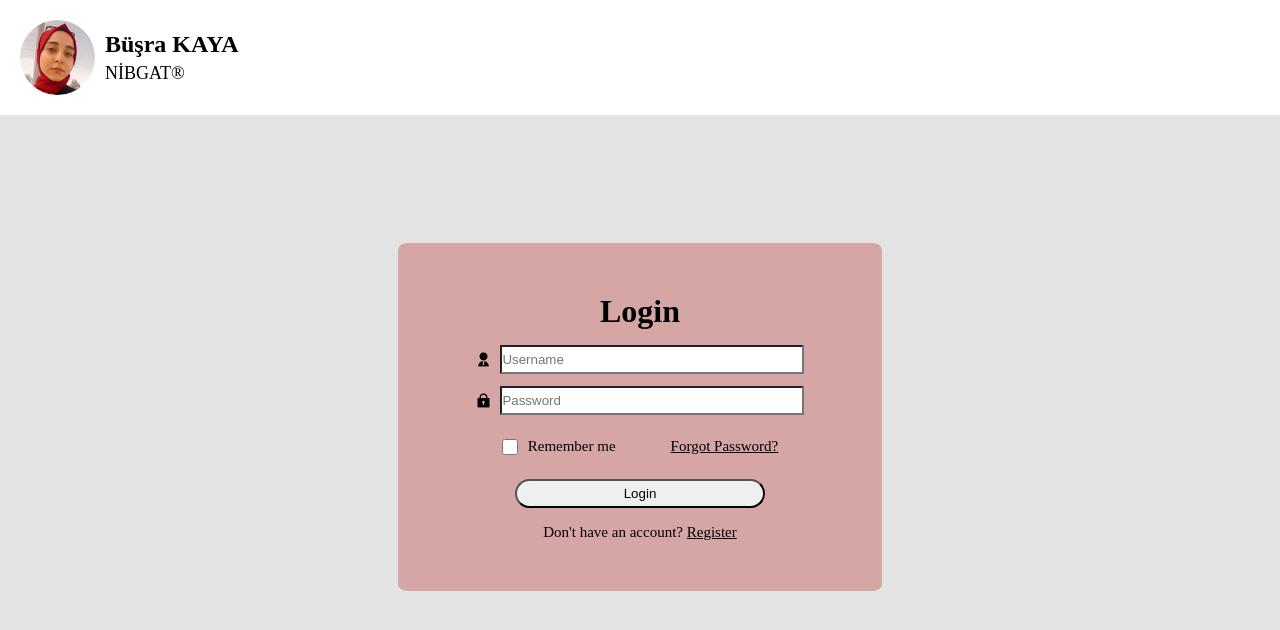
Repository: busra-kayaa/LoginPage
Page: login.html
The author's editor kept a copy of each file at every save. The page is drawn from the files as they stood at one save, then again after the next save.
The browser window is 1280 px wide. The pictures show the whole page.

Above is the page before, as saved 2024-01-05 18:10:14.

### login.html
<!DOCTYPE html>
<html>
    <head>
        <meta name="author" content="Büşra Kaya"/>
        <title>Login Page</title>
        <link
            rel="stylesheet"
            href="./style.css"
            type="text/css"
        />
        <link
            rel="stylesheet"
            href="https://cdnjs.cloudflare.com/ajax/libs/remixicon/3.5.0/remixicon.css"
            crossorigin=""
        />  <!--Remixicon ikon kitaplığını bağlamak için bir stil dosyasını içerir.-->

    </head>
    <body>
        <div class="header-container">
            <div
                class="header-left-side-container"
            >
                <img
                    src="./busra.jpg"
                    height="75px"
                    width="75px"
                    class="logo"
                />
                <div class="header-desc-container">
                    <span class="header-title">
                        Büşra KAYA
                    </span>
                    <span class="header-content">
                        NİBGAT®
                    </span>
                </div>
            </div>
        </div>
        <div class="login-from-container">
            <div class ="login-text"><h1>Login</h1></div>
            <div class="input-group1">
                <i class="ri-user-2-fill"></i>
                <input
                    type="text"
                    placeholder="Username"
                    class="input-text"
                    autocomplete="off"
                />
            </div>
            <div class="input-group2">
                <i class="ri-lock-2-fill"></i>
                <input
                    type="password"
                    placeholder="Password"
                    class="input-text"
                    autocomplete="off"
                />
            </div>
            <div class="login__check">
                <div class="login__check-box">
                   <input type="checkbox" class="login__check-input" id="user-check">
                   <label for="user-check" class="login__check-label">Remember me</label>
                </div>

                <a href="#" target="_blank" class="login__forgot">Forgot Password?</a>
             </div>

             <button onclick="alert('Başarıyla Giriş Yaptınız.')" type="submit" class="login__button">Login</button>

             <div class="login__register">
                Don't have an account? <a href="#"  target="_blank">Register</a>
             </div>
        </div>
    </body>
</html>

### style.css

* {
    padding: 0;
    margin: 0;
}

body {
    background-color: #e3e3e3;
}

.header-container {
    justify-content: space-between;
    background-color: #ffffff;
    flex-direction: row;
    align-items: center;
    padding: 20px;
    display: flex;
    margin-bottom: 10%;
}
.header-left-side-container {
    flex-direction: row;
    align-items: center;
    display: flex;
}

.logo {
    border-radius: 50%;
    margin-right: 10px;
}

.header-desc-container {
    display: flex;
    flex-direction: column;
}

.header-title {
    display: flex;
    flex-direction:column;
    font-weight: bold;
    font-size: 24px;
    margin-bottom: 5px;
}

.header-content {
    font-weight:normal;
    font-size: 18px;
    color:rgb(0, 0, 0);
}

.login-from-container {
    background-color: #d6a5a5;
    display: flex;
    border-radius: 2%;
    flex-direction: column;
    align-items: center;
    text-align: center;
    margin: auto;
    width: 30%;
    padding: 50px;
}

.login-text {
    padding-bottom: 15px;
}

.input-group1 {
    display: grid;
    grid-template-columns: 1fr max-content;
    column-gap: .55rem;
    align-items: center;
    margin-bottom: 3%;
}

.input-group1 i {
    font-size: 100 200 px;
}

.input-group2 {
    display: grid;
    grid-template-columns: 1fr max-content;
    column-gap: .55rem;
    align-items: center;

}

.input-group2 i {
    font-size: 100 200 px;
}
.input-text {
    width: 300px;
    height: 25px;
    border-radius: 1%;
}

.login__check,
.login__check-box {
    display: flex;
    justify-content: space-between;
    align-items: center;
}

.login__check {
    font-size: 15px;
    margin-top: 1rem;
    margin-bottom: 1rem;
    gap: 55px;
}

.login__check-box {
    column-gap: 10px;
}

.login__check-input {
    width: 1rem;
    height: 2rem;
}

.login__forgot {
    color: black;
}

.login__forgot:hover {
    text-decoration: underline;
}

.login__button {
    width: 250px;
    padding: 5px;
    margin-bottom: 1rem;
    border-radius: 4rem;
    color: var(--black-color);
    font-weight: 500;
}

.login__button:hover {
    background-color: var(--highlight-color);
    color: var(--white-color);
}

.login__button:hover{
    opacity: 0.75;
    cursor: pointer;
}

.login__button:active{
    transform: translateY(2px);
}

.login__register {
    font-size: 15px;
    text-align: center;
}

.login__register a {
    color: var(--white-color);
    font-weight: 500;
}

.login__register a:hover {
    text-decoration: underline;
}

After the next save:
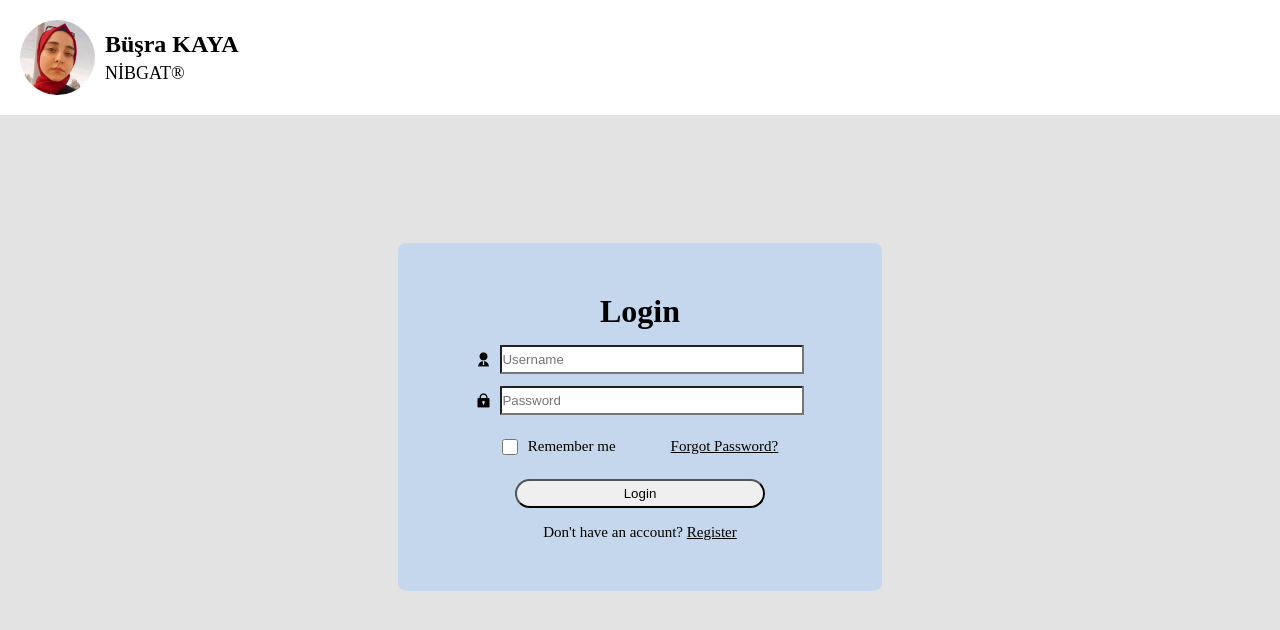
Saved 77 s later.
--- a/style.css
+++ b/style.css
@@ -48,7 +48,7 @@ body {
 }
 
 .login-from-container {
-    background-color: #d6a5a5;
+    background-color: #C5D7ED;
     display: flex;
     border-radius: 2%;
     flex-direction: column;
